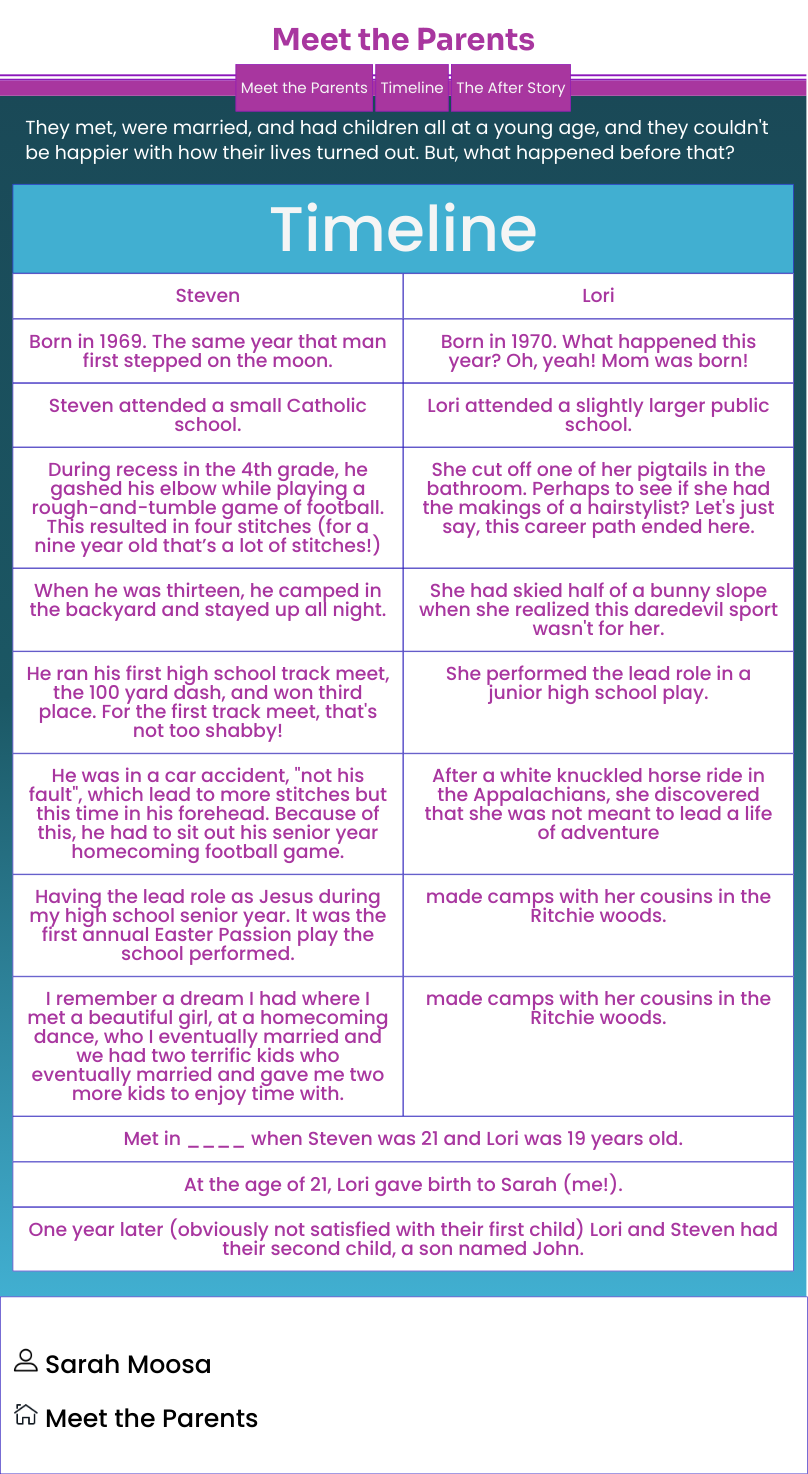
Repository: Sbethm/parents-tribute
Page: timeline.html
An editor plug-in stored every save of this project. The page is shown before and after the next save, followed by the edit.
The browser window is 1280 px wide. The page is 1282 px wide, so the pictures cover 1282 px, including what lies to the right of the window. The pictures show the whole page, at 63% of full size.

Above is the page before, as saved 2021-02-11 17:27:54.

After the next save:
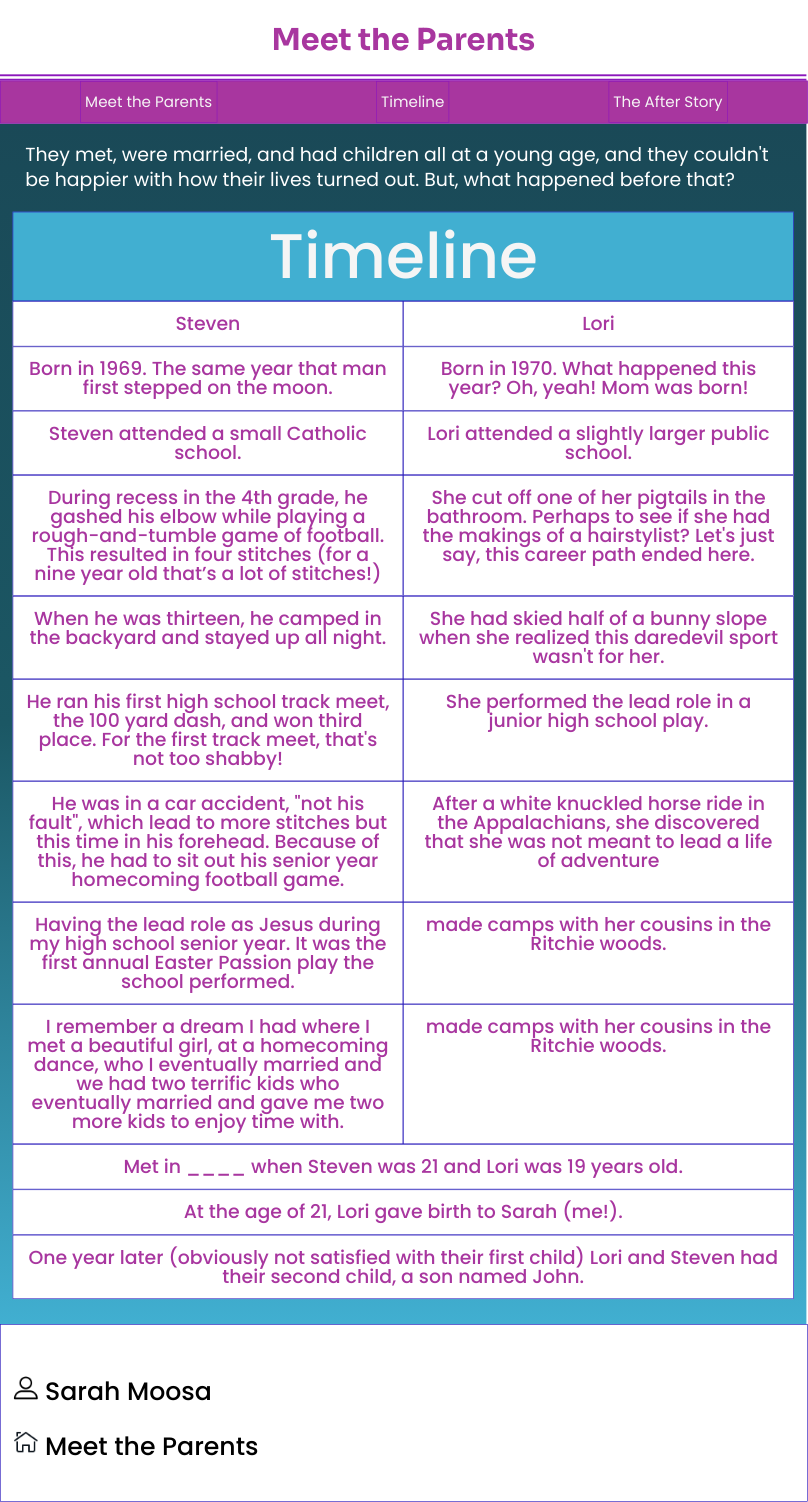
Saved 5 s later.
--- a/style.css
+++ b/style.css
@@ -138,7 +138,7 @@ h1 {
     width: 100%;
     background-color: rgb(168, 54, 159);
     text-align: center;
-    border: solid 1px rgb(140, 23, 187)
+    border: solid 1px rgb(140, 23, 187);
     display: flex;
     flex-direction: row;
     justify-content: space-around;
